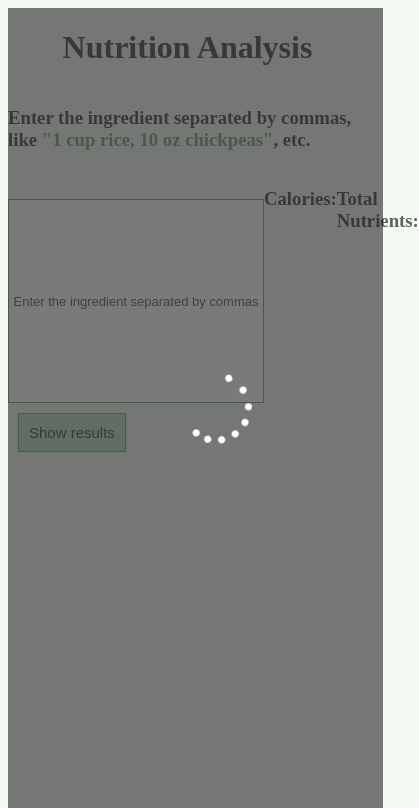
Repository: asya-aisa/nutrition-app
Page: /
An editor plug-in stored every save of this project. The page is shown before and after a run of saves, followed by the edit.
The browser window is 375 px wide. The page is 419 px wide, then 383 px, so the pictures cover 419 px, including what lies to the right of the window. The pictures show the whole page.
The page's requests for data from a server got no answer. The project was rebuilt for these pictures with package versions that can differ from the ones it lists, and the page was loaded fresh each time. Some packages were replaced by stand-ins written for this rebuild. No one was signed in, and anything a server would have sent is missing. Also part of the build but not shown: src/MyComponent.js.

Above is the page before, as saved 2023-09-25 21:29:19.

After the next 2 saves:
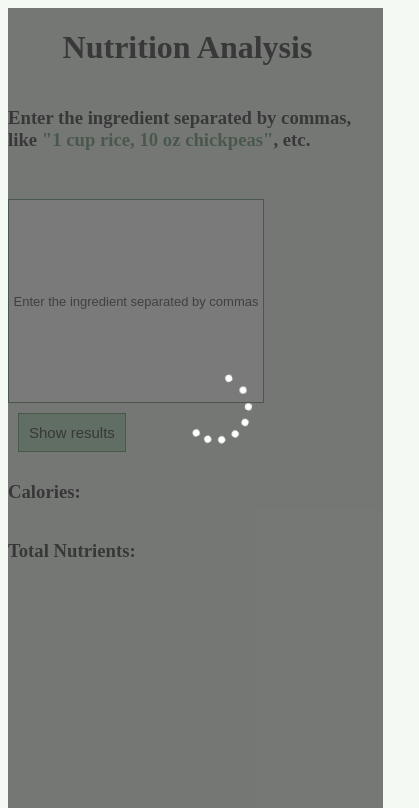
The 2 saves are shown as one change because they came seconds apart.
The last was saved 7 s later.
--- a/src/App.css
+++ b/src/App.css
@@ -59,6 +59,6 @@ span {
   }
   .App {
     display: flex;
-    justify-content: space-around;
+    flex-direction: column;
   }
 }
